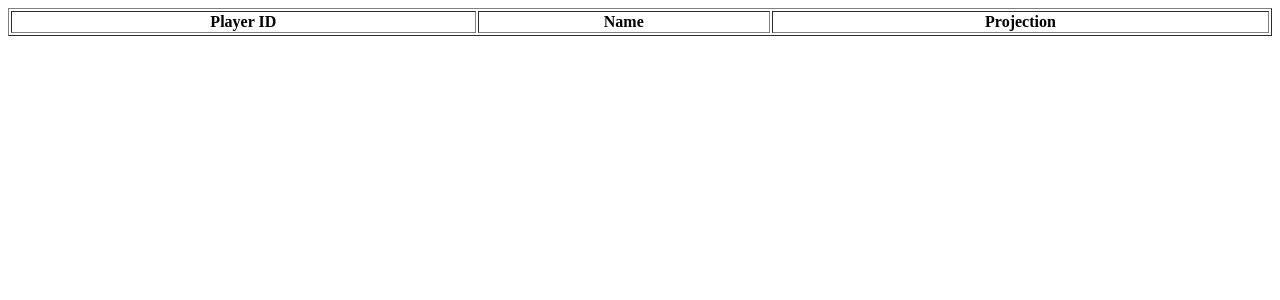
Repository: jkopi11/ffbp
Page: http://localhost/FFB_Analyzer/templates/getProjections.jsp
An editor plug-in stored every save of this project. The page is shown before and after the next save, followed by the edit.
The browser window is 1280 px wide. The pictures show the whole page.
The page is served by Tomcat 9. Other server files are loaded and not shown. Queries for data that is not in the repository find no rows.

Above is the page before, as saved 2016-09-06 21:55:42.

### FFB_Analyzer/WebContent/templates/getProjections.jsp
<%@ page import="java.io.*,java.util.*,java.sql.*"%>
<%@ page import="javax.servlet.http.*,javax.servlet.*" %>
<%@ taglib uri="http://java.sun.com/jsp/jstl/core" prefix="c"%>
<%@ taglib uri="http://java.sun.com/jsp/jstl/sql" prefix="sql"%>

<html>
<head>
<title>JSTL sql:query Tag</title>
</head>
<body>

<sql:query dataSource="jdbc/ffbp" var="result">
SELECT *
FROM players
LEFT JOIN projections
ON players.P_ID=projections.P_ID;
</sql:query>

<table border="1" width="100%">
<tr>
<th>Player ID</th>
<th>Name</th>
<th>Projection</th>
</tr>
<c:forEach var="row" items="${result.rows}">
<tr>
<td><c:out value="${row.P_ID}"/></td>
<td><c:out value="${row.PNAME}"/></td>
<td><c:out value="${row.ESPN_PROJ}"/></td>
</tr>
</c:forEach>
</table>

</body>
</html>

After the next save:
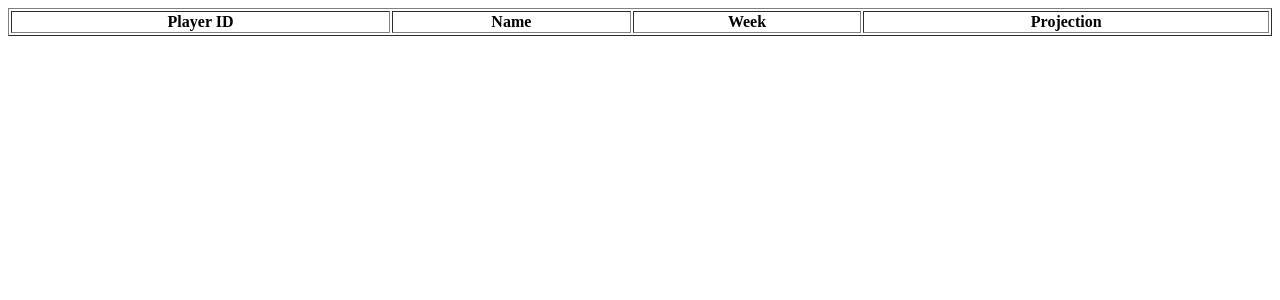
Saved 40 s later.
--- a/FFB_Analyzer/WebContent/templates/getProjections.jsp
+++ b/FFB_Analyzer/WebContent/templates/getProjections.jsp
@@ -20,12 +20,14 @@ ON players.P_ID=projections.P_ID;
 <tr>
 <th>Player ID</th>
 <th>Name</th>
+<th>Week</th>
 <th>Projection</th>
 </tr>
 <c:forEach var="row" items="${result.rows}">
 <tr>
 <td><c:out value="${row.P_ID}"/></td>
 <td><c:out value="${row.PNAME}"/></td>
+<td><c:out value="${row.WEEK}"/></td>
 <td><c:out value="${row.ESPN_PROJ}"/></td>
 </tr>
 </c:forEach>
